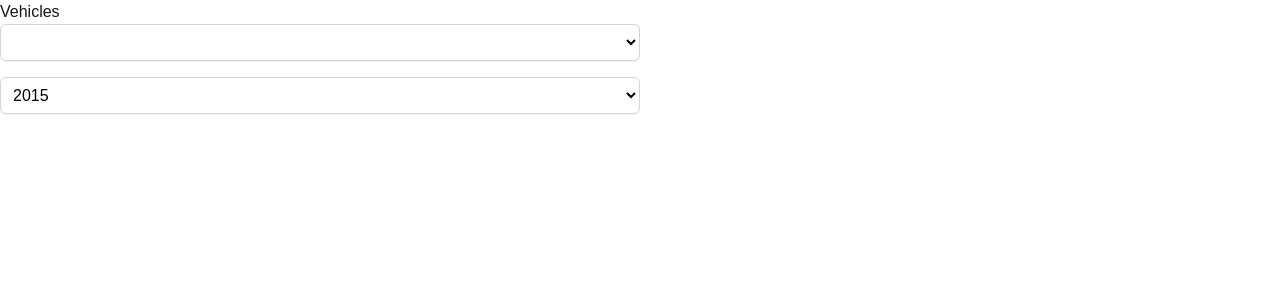
Repository: purpleFade/car-dealer-app
Page: /
An editor plug-in stored every save of this project. The page is shown before and after a run of saves, followed by the edit.
The browser window is 1280 px wide. The pictures show the whole page.
The page's requests for data from a server got no answer. The project was rebuilt for these pictures with package versions that can differ from the ones it lists, and the page was loaded fresh each time. The framework's server and built-in components were replaced by stand-ins that run in the browser. No one was signed in, and anything a server would have sent is missing. Also part of the build but not shown: next.config.ts.

Above is the page before, as saved 2024-12-21 10:45:16.

### src/app/page.tsx
'use client';

import { Vehicle } from '@/types/vehicle';
import { useEffect, useState } from 'react';

const years = Array.from({ length: 2024 - 2015 + 1 }, (_, i) => 2015 + i);

const fetchVehicles = async (): Promise<Vehicle[]> => {
  const response = await fetch(
    'https://vpic.nhtsa.dot.gov/api/vehicles/GetMakesForVehicleType/car?format=json',
  );
  const data = await response.json();

  return data.Results;
};

export default function Home() {
  const [vehicles, setVehicles] = useState<Vehicle[]>([]);

  useEffect(() => {
    fetchVehicles().then((vehicles) => setVehicles(vehicles));
  });

  return (
    <div className='df'>
      <h1 className=''>Vehicles</h1>
      <select className="block text-black w-1/2 p-2 mb-4 bg-white border border-gray-300 rounded-md shadow-sm focus:outline-none focus:ring focus:ring-purple-500 focus:border-purple-500">
        {vehicles.map((vehicle) => (
          <option key={vehicle.MakeId} value={vehicle.MakeId} className="text-purple-800">
            {vehicle.MakeName}
          </option>
        ))}
      </select>

      <select className="block text-black w-1/2 p-2 mb-4 bg-white border border-gray-300 rounded-md shadow-sm focus:outline-none focus:ring focus:ring-purple-500 focus:border-purple-500">
        {years.map((year) => (
          <option key={year} value={year} className="text-purple-800">
            {year}
          </option>
        ))}
      </select>
    </div>
  );
}

Loaded but not shown: src/app/layout.tsx (common file); src/app/globals.css (common file); tailwind.config.ts (common file)

After the next 2 saves:
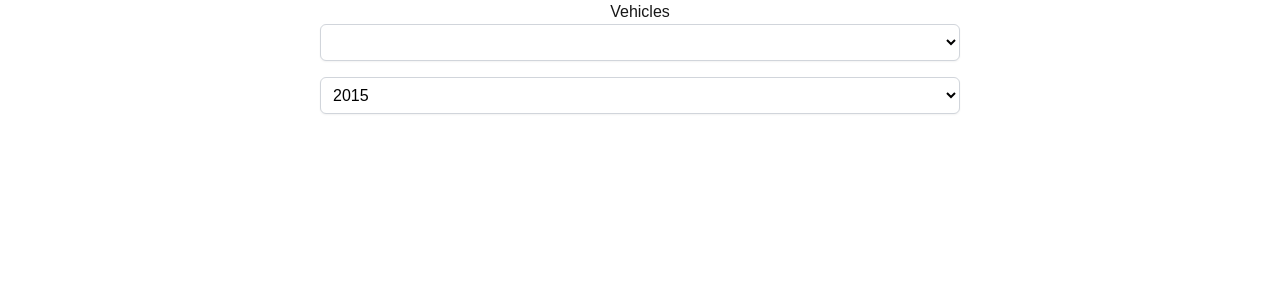
The 2 saves are shown as one change because they came seconds apart.
The last was saved 7 s later.
--- a/src/app/page.tsx
+++ b/src/app/page.tsx
@@ -22,7 +22,7 @@ export default function Home() {
   });
 
   return (
-    <div className='df'>
+    <div className='flex flex-col items-center justify-center'>
       <h1 className=''>Vehicles</h1>
       <select className="block text-black w-1/2 p-2 mb-4 bg-white border border-gray-300 rounded-md shadow-sm focus:outline-none focus:ring focus:ring-purple-500 focus:border-purple-500">
         {vehicles.map((vehicle) => (
